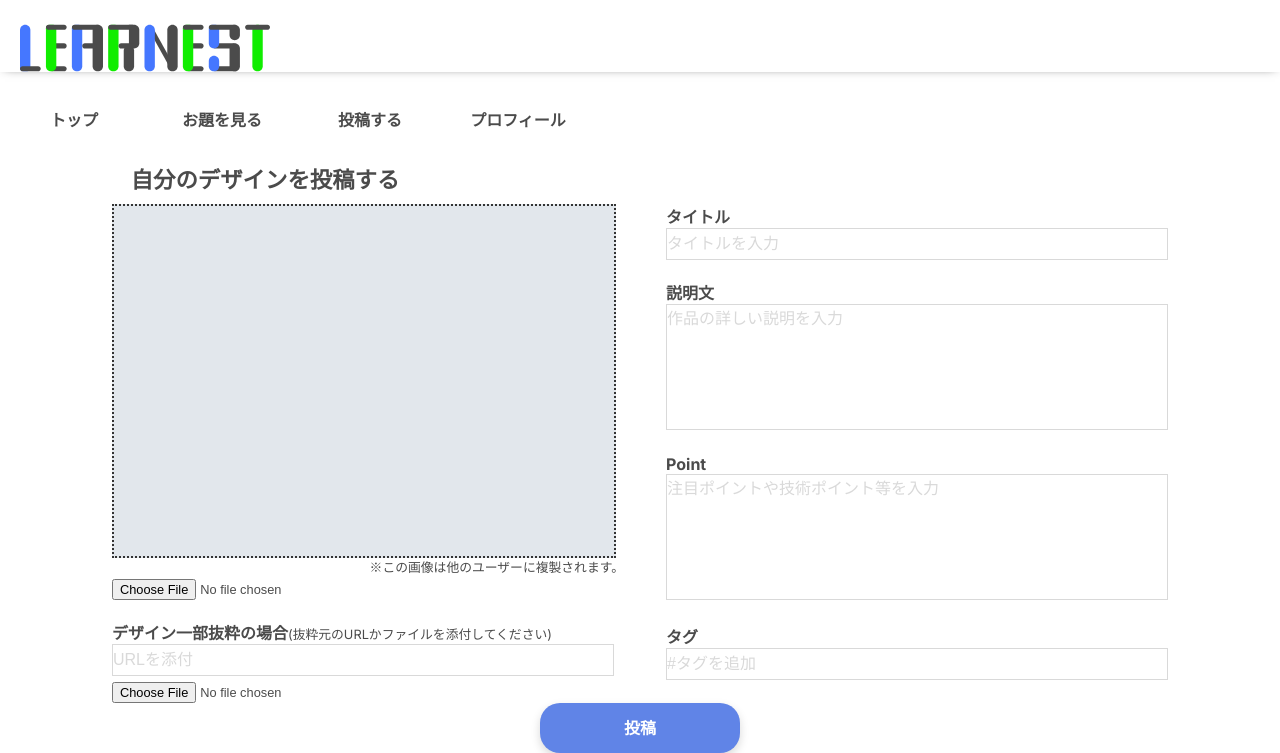
Repository: KawakamiAyaka/Learnest
Page: /inputPost
The author's editor kept a copy of each file at every save. The page is drawn from the files as they stood at one save, then again after the next save.
The browser window is 1280 px wide. The pictures show the whole page.
The project was rebuilt for these pictures with package versions that can differ from the ones it lists, and the page was loaded fresh each time. The framework's server and built-in components were replaced by stand-ins that run in the browser. Also part of the build but not shown: next.config.mjs.

Above is the page before, as saved 2024-07-12 23:33:26.

After the next save:
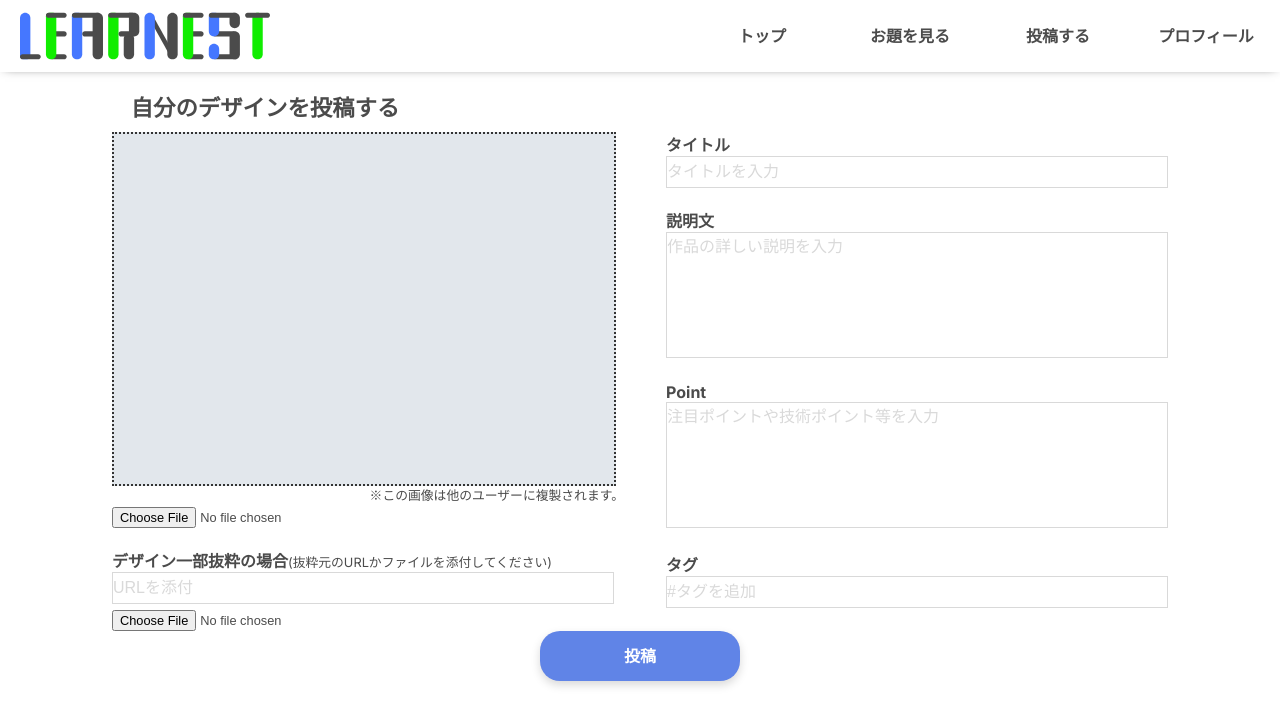
Saved 2 min 22 s later.
--- a/src/Components/Header/Header.module.scss
+++ b/src/Components/Header/Header.module.scss
@@ -13,7 +13,12 @@
     box-shadow: 0px 0px 10px -5px #333;
     width: 100%;
     height: 10vh;
-
+    position: fixed;
+    z-index: 1000;
+    top: 0;
+    display: flex;
+    justify-content: space-between;
+    align-items: center;
     }
 
 .Link{
